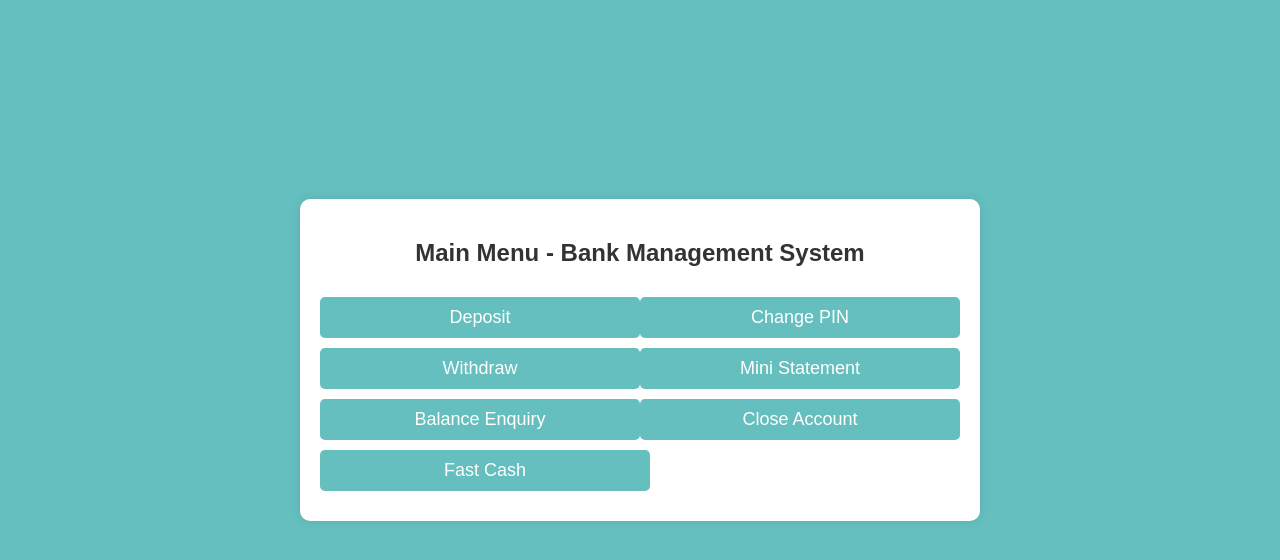
Repository: gauravraj08/bankingSystemJspServlet
Page: http://localhost/BankMangementSystem/main_class.jsp
The author's editor kept a copy of each file at every save. The page is drawn from the files as they stood at one save, then again after the next save.
The browser window is 1280 px wide. The pictures show the whole page.
The page is served by Tomcat 9.

Above is the page before, as saved 2024-04-19 06:19:11.

After the next save:
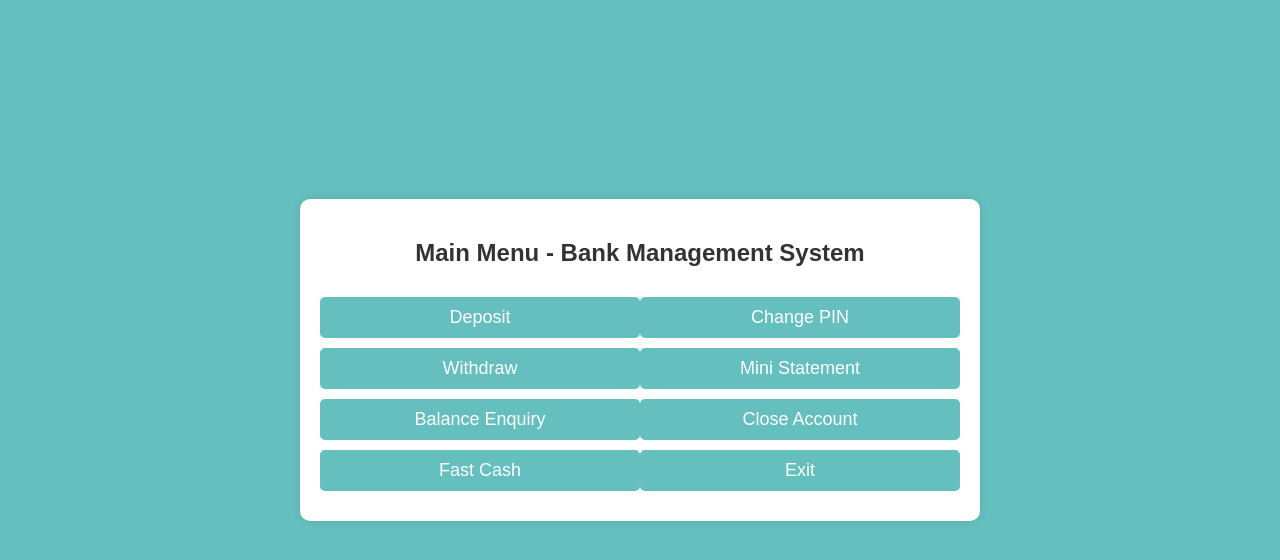
Saved 47 s later.
--- a/BankMangementSystem/src/main/webapp/main_class.jsp
+++ b/BankMangementSystem/src/main/webapp/main_class.jsp
@@ -80,3 +80,9 @@
             </div>
             <div class="button-row">
                 <a href="FastCashServlet" class="button">Fast Cash</a>
+                <a href="#" class="button">Exit</a>
+            </div>
+        </div>
+    </div>
+</body>
+</html>
